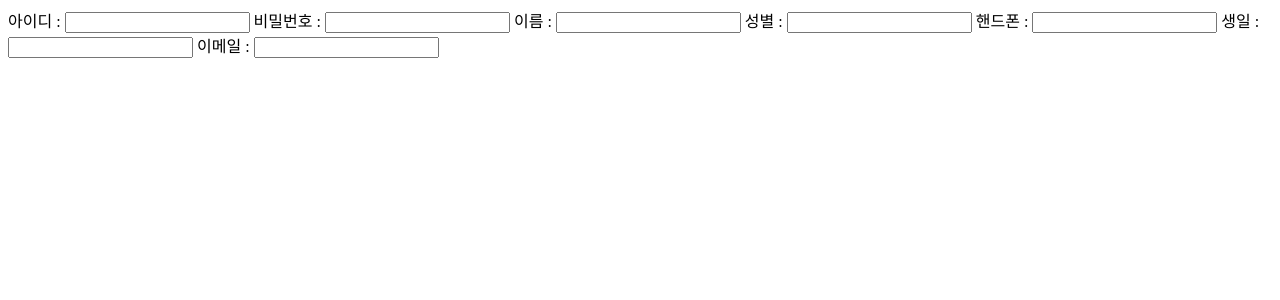
Repository: kaeh3403/IITP2019_Web_Project
Page: http://localhost/SignUp/NewFile.jsp
These files come from the project's save history. The page is drawn as it stood at one moment and after the next save; the edit follows.
The browser window is 1280 px wide. The pictures show the whole page.
The page is served by Tomcat 9. Other server files are loaded and not shown.

Above is the page before, as saved 2019-07-14 12:24:45.

### SignUp/WebContent/NewFile.jsp
<%@ page language="java" contentType="text/html; charset=EUC-KR"
    pageEncoding="EUC-KR"%>
<!DOCTYPE html>
<html>
<head>
<meta charset="EUC-KR">
<title>Insert title here</title>
</head>
<body>
아이디 : <input type="text" name="id" />
비밀번호 : <input type="text" name="pw" />
이름 : <input type="text" name="name" />
성별 : <input type="text" name="gender" />
핸드폰 : <input type="text" name="cphone" />
생일 : <input type="text" name="birthday" />
이메일 : <input type="text" name="email" />
</body>
</html>

After the next save:
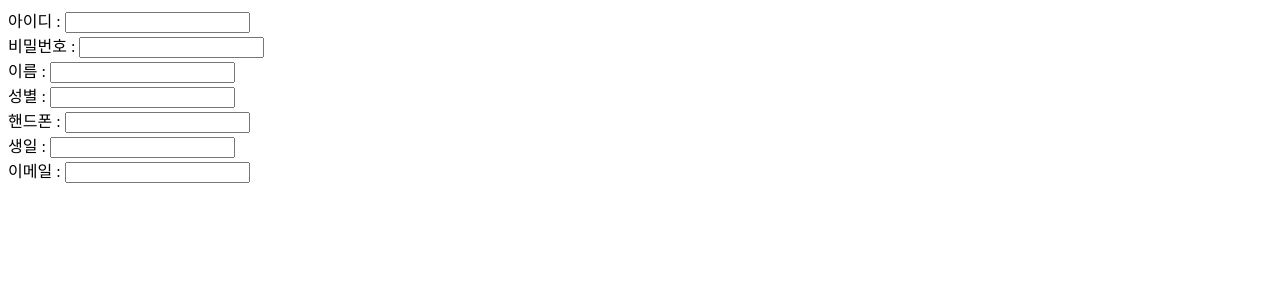
Saved 21 s later.
--- a/SignUp/WebContent/NewFile.jsp
+++ b/SignUp/WebContent/NewFile.jsp
@@ -7,12 +7,12 @@
 <title>Insert title here</title>
 </head>
 <body>
-아이디 : <input type="text" name="id" />
-비밀번호 : <input type="text" name="pw" />
-이름 : <input type="text" name="name" />
-성별 : <input type="text" name="gender" />
-핸드폰 : <input type="text" name="cphone" />
-생일 : <input type="text" name="birthday" />
-이메일 : <input type="text" name="email" />
+아이디 : <input type="text" name="id" /><br>
+비밀번호 : <input type="text" name="pw" /><br>
+이름 : <input type="text" name="name" /><br>
+성별 : <input type="text" name="gender" /><br>
+핸드폰 : <input type="text" name="cphone" /><br>
+생일 : <input type="text" name="birthday" /><br>
+이메일 : <input type="text" name="email" /><br>
 </body>
 </html>
